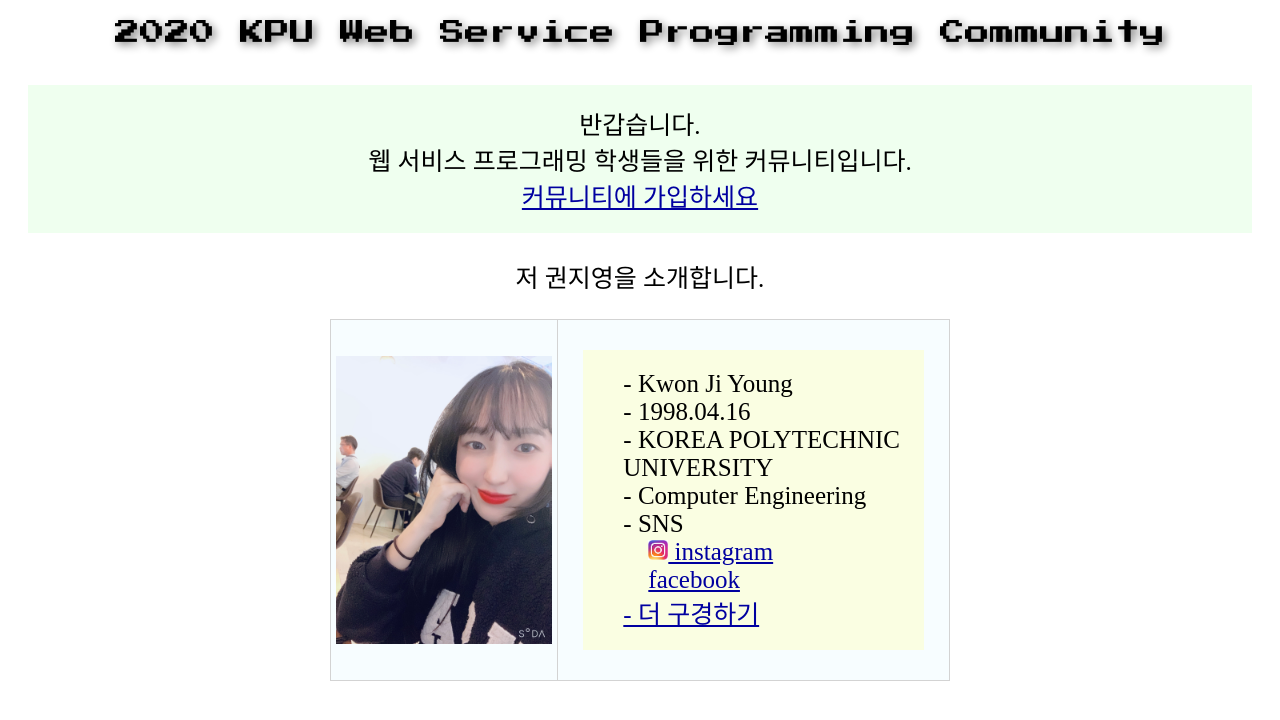
Repository: JiYoung-Kwon/WebProgramming
Page: workspace_20206R/kwonjiyoung_reg/WebContent/welcome.html
These files come from the project's save history. The page is drawn as it stood at one moment and after the next save; the edit follows.
The browser window is 1280 px wide. The pictures show the whole page.
Some web fonts or font styles are not loaded; a fallback is used.

Above is the page before, as saved 2020-10-08 03:57:41.

### workspace_20206R/kwonjiyoung_reg/WebContent/welcome.html
<!DOCTYPE html>
<html>

<head>
<meta charset="UTF-8">
<title>Web Service Programming Homework</title>
<link rel="stylesheet" href="resources/register.css" type="text/css"></link>
</head>

<body>
	<header> 2020 KPU Web Service Programming Community </header>

	<audio src="resources/물방울 - Tido Kang.mp3" autoplay>
	</audio>


	<p id=sect>
		반갑습니다. <br> 웹 서비스 프로그래밍 학생들을 위한 커뮤니티입니다. <br> <a
			href="http://localhost:8080/kwonjiyoung_reg/StudentServlet?cmd=join"
			target="_self"> 커뮤니티에 가입하세요</a>
	</p>

	<div>
		<p>저 권지영을 소개합니다.</p>

		<div>
			<table>
				<tr>
					<th><img src="resources/Jiyoung.jpg" alt="jiyoung" width="216"
						height="288" align="middle"></th>
					<td>
						<ul>
							<li>- Kwon Ji Young</li>
							<li>- 1998.04.16</li>
							<li>- KOREA POLYTECHNIC UNIVERSITY</li>
							<li>- Computer Engineering</li>
							<li>- SNS</li>
							<li class="a"><img src="resources/insta.jpg" width="20" height="20"><a href="https://www.instagram.com/jjiyomm/" target="_blank"> instagram</a></li>
							<li class="a"><a href="https://www.facebook.com/rhakrywkd" target="_blank"> facebook</a></li>
							<li> <a href="http://localhost:8080/kwonjiyoung_reg/myfavorite.html" target="_self"> - 더 구경하기</a></li>
						</ul>
					</td>
				</tr>
			</table>
		</div>
	</div>
</body>
</html>

### workspace_20206R/kwonjiyoung_reg/WebContent/resources/register.css
@charset "UTF-8";

@import
	url('https://fonts.googleapis.com/css2?family=Press+Start+2P&display=swap')
	;

@import
	url('https://fonts.googleapis.com/css2?family=Nanum+Pen+Script&display=swap')
	;

header {
	margin: 20px 10px 40px 10px;
	font-family: 'Press Start 2P', cursive;
	font-size: 25px;
	text-shadow: 3px 3px 8px gray;
	text-align: center;
}

body {
	color: black;
	font-family: 'Nanum Pen Script', cursive;
	font-size: 25px;
}

div {
	margin-left: auto;
	margin-right: auto;
	width: 70%;
	text-align: center;
}

ul {
	list-style: none;
	text-align: left;
	background-color: #FAFEE2;
	margin-left: 20px;
	margin-right: 20px;
	padding-top: 20px;
	padding-bottom: 20px;
}

#sect {
	background-color: #EFFFEF;
	text-align: center;
	margin: 20px;
	padding: 20px;
}

a {
	text-decoration: underline;
	color: #0000a0;
}

table {
	background-color: #F7FDFF;
	border-collapse: collapse;
	width: 100%;
}

th {
	border: 1px solid lightgray;
	padding: 5px;
	width: 30%;
}

td {
	border: 1px solid lightgray;
	padding: 5px;
	width: 70%;
}

.a {
	text-indent: 1em;
}

After the next save:
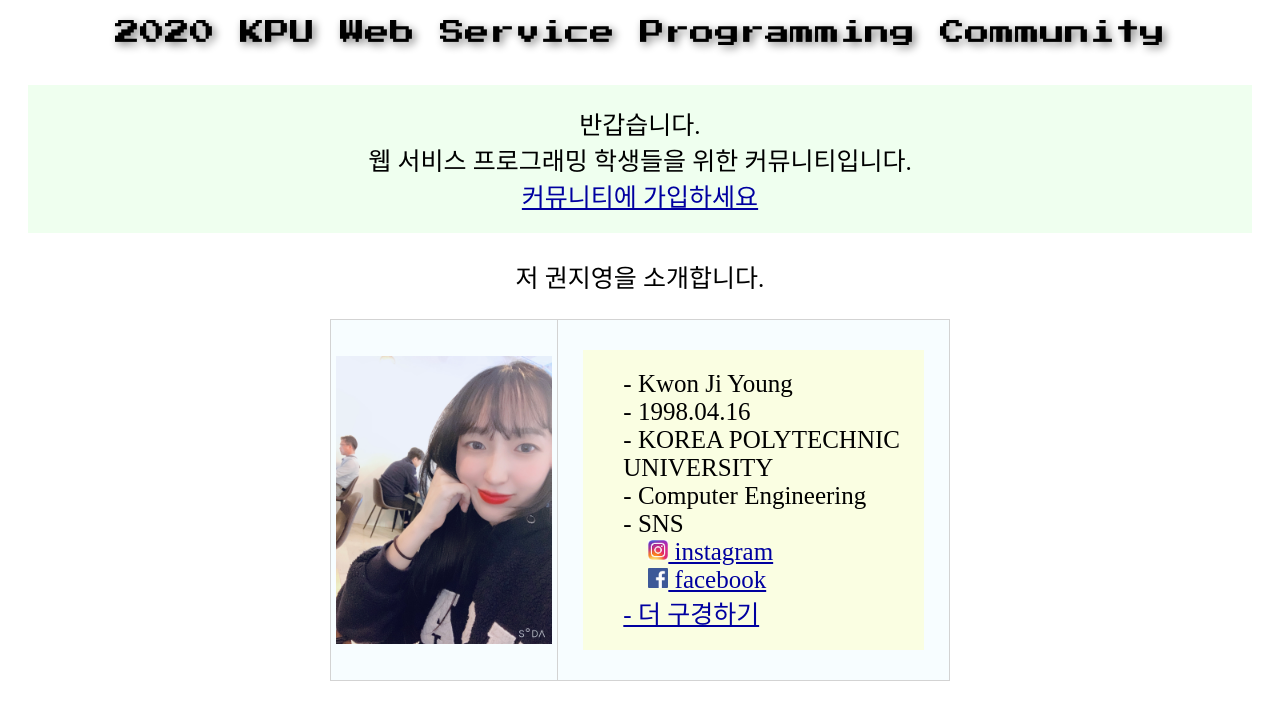
Saved 15 s later.
--- a/workspace_20206R/kwonjiyoung_reg/WebContent/welcome.html
+++ b/workspace_20206R/kwonjiyoung_reg/WebContent/welcome.html
@@ -36,7 +36,7 @@
 							<li>- Computer Engineering</li>
 							<li>- SNS</li>
 							<li class="a"><img src="resources/insta.jpg" width="20" height="20"><a href="https://www.instagram.com/jjiyomm/" target="_blank"> instagram</a></li>
-							<li class="a"><a href="https://www.facebook.com/rhakrywkd" target="_blank"> facebook</a></li>
+							<li class="a"><img src="resources/face.jpg" width="20" height="20"><a href="https://www.facebook.com/rhakrywkd" target="_blank"> facebook</a></li>
 							<li> <a href="http://localhost:8080/kwonjiyoung_reg/myfavorite.html" target="_self"> - 더 구경하기</a></li>
 						</ul>
 					</td>
